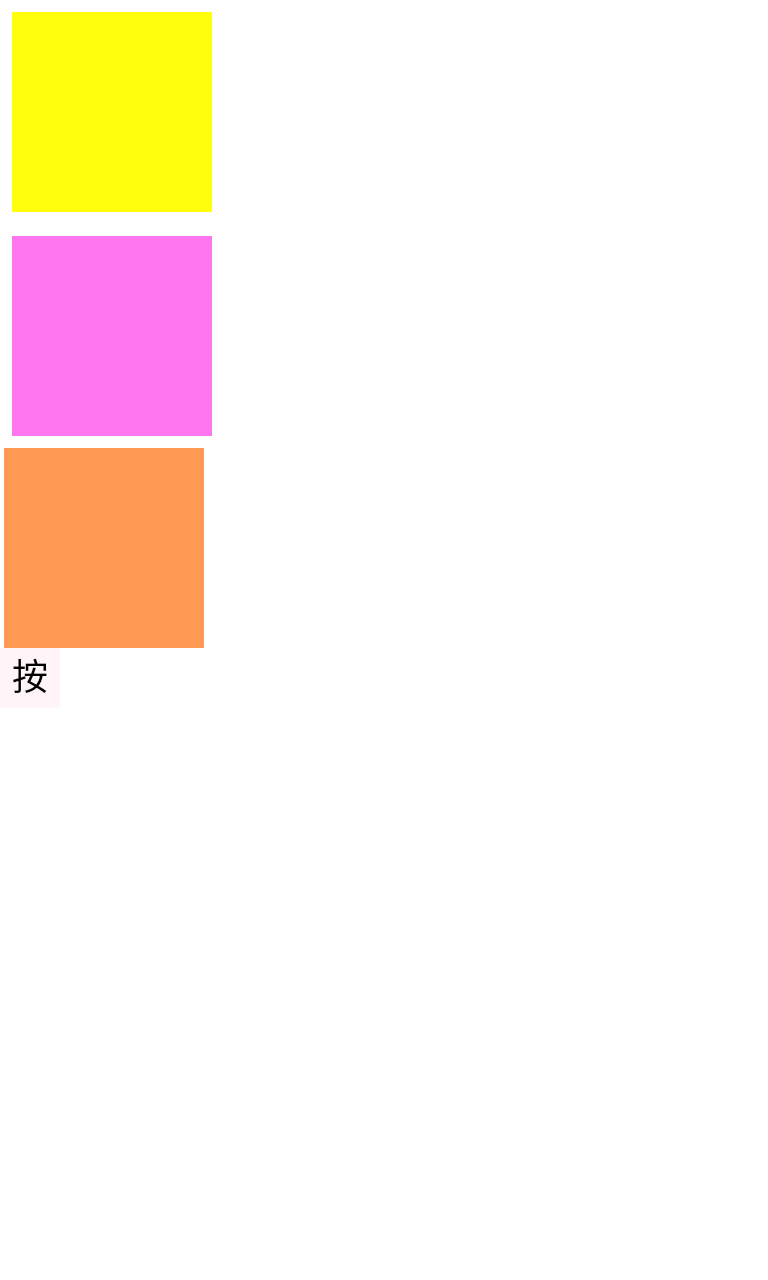
Repository: ling-cen/demo
Layout: Layout_1/res/layout/liner_layout_1.xml
These files come from the project's save history. The layout is drawn as it stood at one moment and after the next save; the edit follows.
It is drawn on a 768 x 1280 px phone screen (xhdpi) without system bars, with theme AppTheme; the app's code is not run.

Above is the layout before, as saved 2018-12-12 05:52:28.

After the next save:
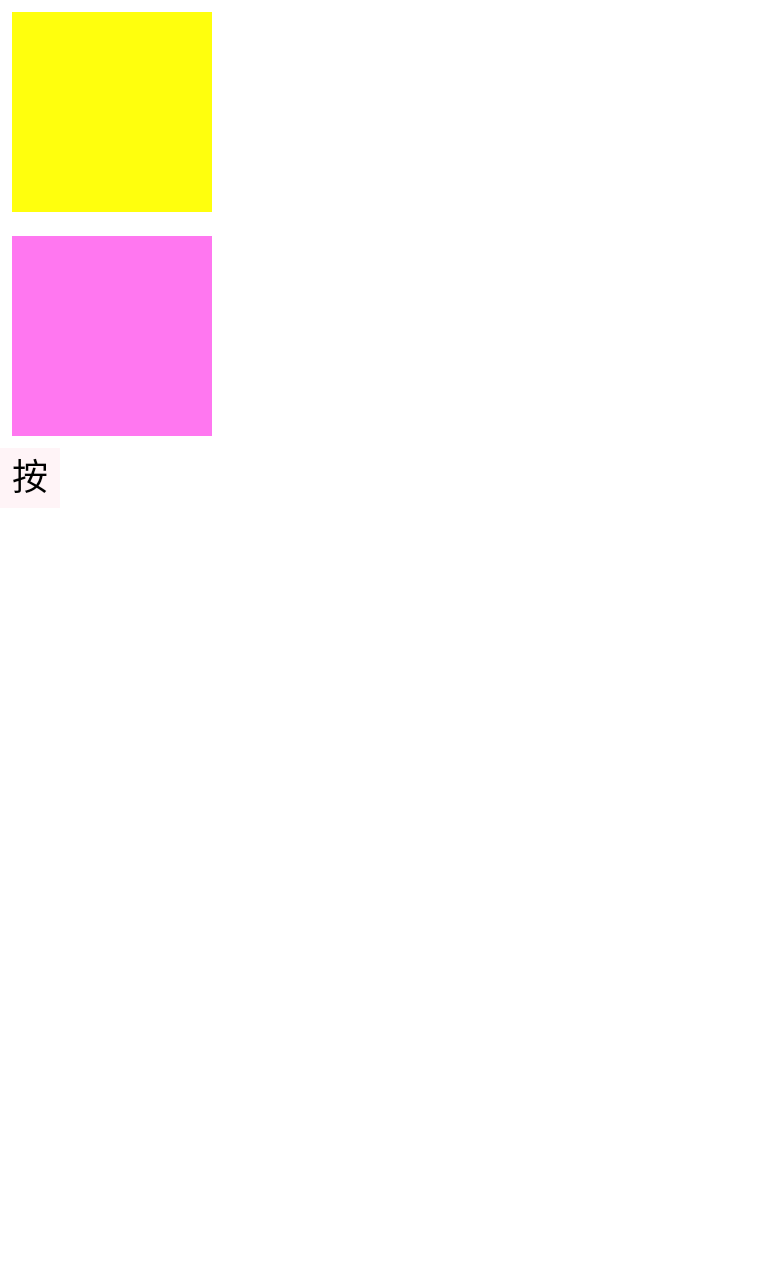
Saved 7 s later.
--- a/Layout_1/res/layout/liner_layout_1.xml
+++ b/Layout_1/res/layout/liner_layout_1.xml
@@ -15,8 +15,6 @@
         android:layout_margin="6dp"
         android:background="#FF77F0" />
    <TextView
-       android:layout_width="100dp"
-       android:layout_height="100dp"
        android:background="#FF9954"
        android:layout_marginLeft="2dp"
        />

After the save that followed:
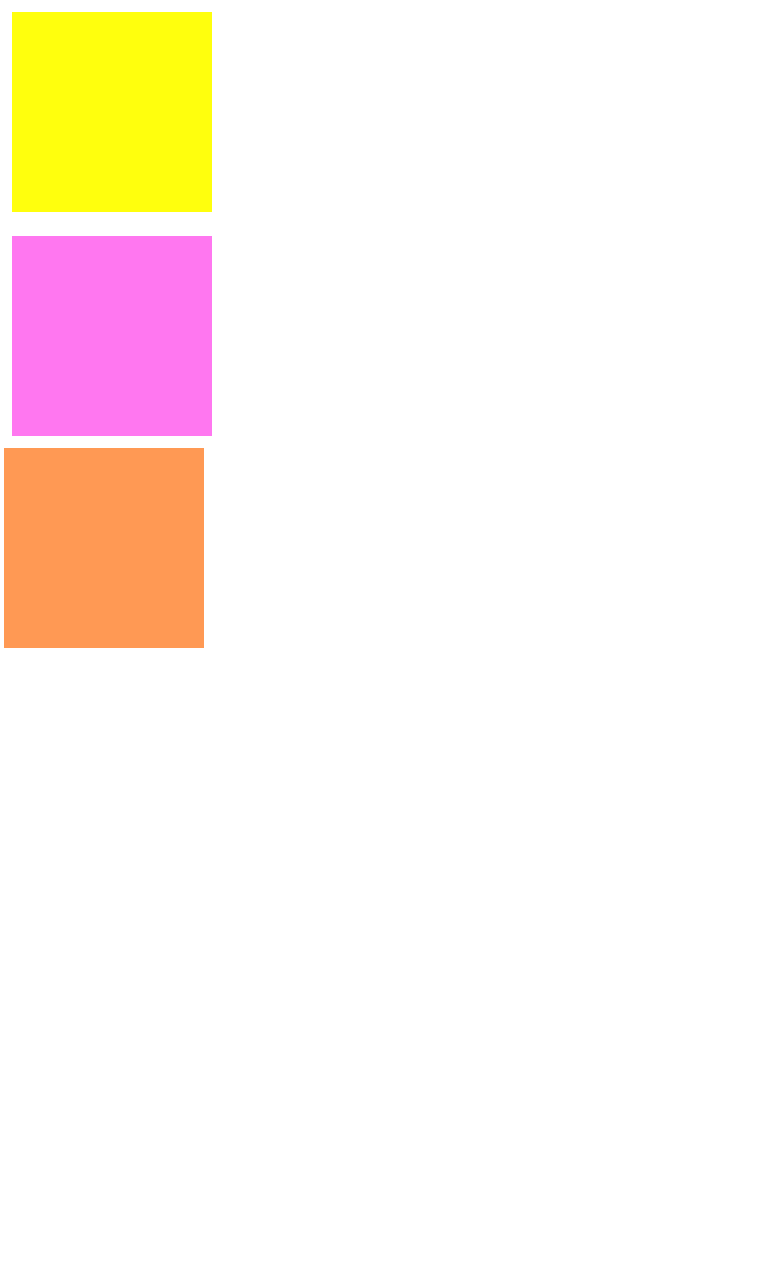
Saved 16 s later.
--- a/Layout_1/res/layout/liner_layout_1.xml
+++ b/Layout_1/res/layout/liner_layout_1.xml
@@ -15,12 +15,12 @@
         android:layout_margin="6dp"
         android:background="#FF77F0" />
    <TextView
+       android:layout_width="100dp"
+       android:layout_height="100dp"
        android:background="#FF9954"
        android:layout_marginLeft="2dp"
        />
    <Button
-       android:layout_width="30dp"
-       android:layout_height="30dp"
        android:text="按钮"
        android:background="#FFF4E7F"/>
 </LinearLayout>
